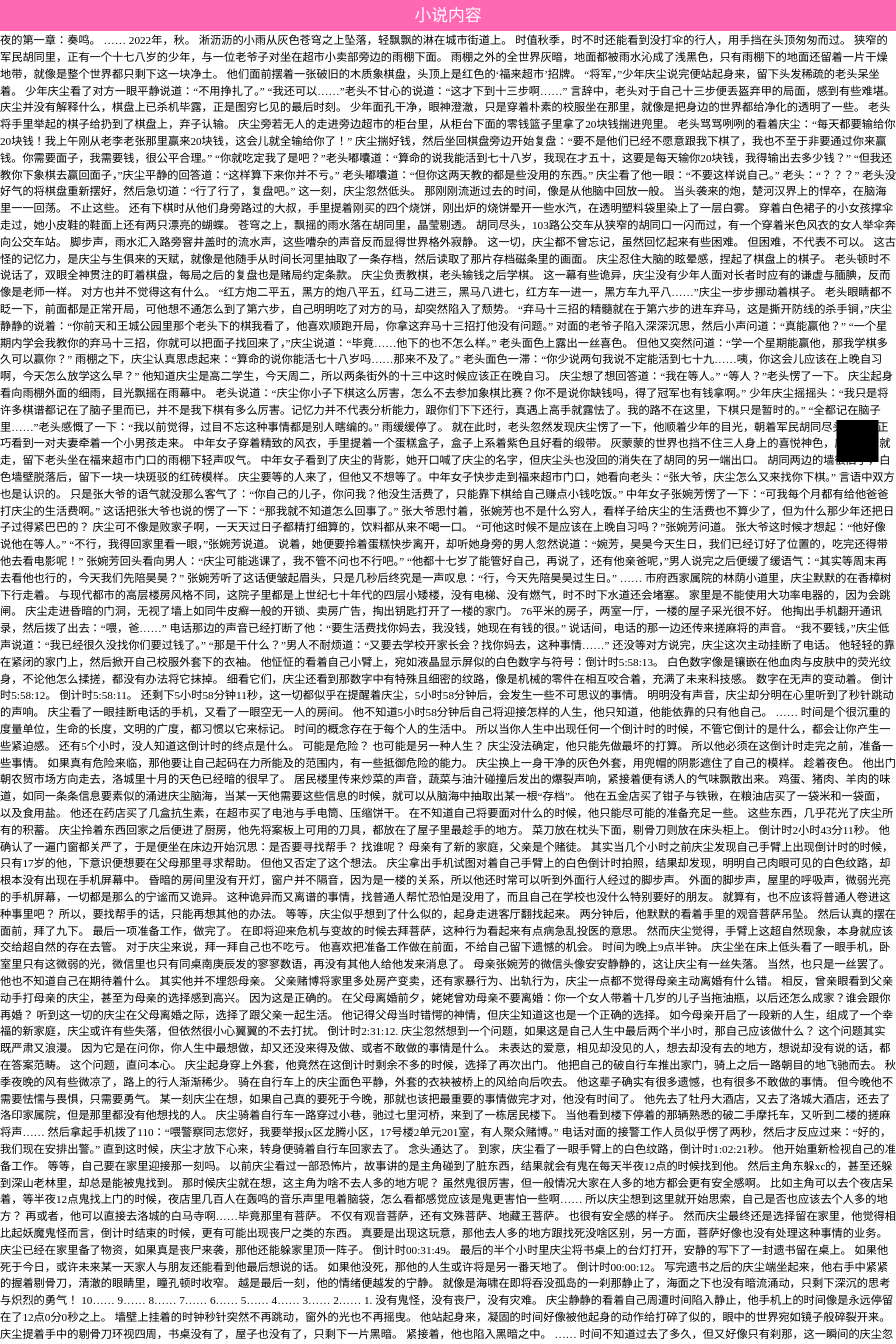
Repository: razzh7/javascript-demo
Page: 自动阅读插件/detail.html
An editor plug-in stored every save of this project. The page is shown before and after the next save, followed by the edit.
The browser window is 1280 px wide. The pictures show the part of the page from y = 0 to 1920 px (the page is 3596 px tall), at 70% of full size.

Above is the page before, as saved 2021-06-29 20:00:03.

### 自动阅读插件/detail.html
<!DOCTYPE html>
<html lang="en">
<head>
  <meta charset="UTF-8">
  <meta http-equiv="X-UA-Compatible" content="IE=edge">
  <meta name="viewport" content="width=device-width, initial-scale=1.0">
  <title>小说内容</title>
  <link rel="stylesheet" href="./css/common.css" />
  <link rel="stylesheet" href="./css/detail.css" />
</head>
<body>
  <div class="list-hd">
    <h2>小说内容</h2>
  </div>
  <div class="container">
    夜的第一章：奏鸣。

    ……

    2022年，秋。

    淅沥沥的小雨从灰色苍穹之上坠落，轻飘飘的淋在城市街道上。

    时值秋季，时不时还能看到没打伞的行人，用手挡在头顶匆匆而过。

    狭窄的军民胡同里，正有一个十七八岁的少年，与一位老爷子对坐在超市小卖部旁边的雨棚下面。

    雨棚之外的全世界灰暗，地面都被雨水沁成了浅黑色，只有雨棚下的地面还留着一片干燥地带，就像是整个世界都只剩下这一块净土。

    他们面前摆着一张破旧的木质象棋盘，头顶上是红色的‘福来超市’招牌。

    “将军，”少年庆尘说完便站起身来，留下头发稀疏的老头呆坐着。

    少年庆尘看了对方一眼平静说道：“不用挣扎了。”

    “我还可以……”老头不甘心的说道：“这才下到十三步啊……”

    言辞中，老头对于自己十三步便丢盔弃甲的局面，感到有些难堪。

    庆尘并没有解释什么，棋盘上已杀机毕露，正是图穷匕见的最后时刻。

    少年面孔干净，眼神澄澈，只是穿着朴素的校服坐在那里，就像是把身边的世界都给净化的透明了一些。

    老头将手里举起的棋子给扔到了棋盘上，弃子认输。

    庆尘旁若无人的走进旁边超市的柜台里，从柜台下面的零钱篮子里拿了20块钱揣进兜里。

    老头骂骂咧咧的看着庆尘：“每天都要输给你20块钱！我上午刚从老李老张那里赢来20块钱，这会儿就全输给你了！”

    庆尘揣好钱，然后坐回棋盘旁边开始复盘：“要不是他们已经不愿意跟我下棋了，我也不至于非要通过你来赢钱。你需要面子，我需要钱，很公平合理。”

    “你就吃定我了是吧？”老头嘟囔道：“算命的说我能活到七十八岁，我现在才五十，这要是每天输你20块钱，我得输出去多少钱？”

    “但我还教你下象棋去赢回面子，”庆尘平静的回答道：“这样算下来你并不亏。”

    老头嘟囔道：“但你这两天教的都是些没用的东西。”

    庆尘看了他一眼：“不要这样说自己。”

    老头：“？？？”

    老头没好气的将棋盘重新摆好，然后急切道：“行了行了，复盘吧。”

    这一刻，庆尘忽然低头。

    那刚刚流逝过去的时间，像是从他脑中回放一般。

    当头袭来的炮，楚河汉界上的悍卒，在脑海里一一回荡。

    不止这些。

    还有下棋时从他们身旁路过的大叔，手里提着刚买的四个烧饼，刚出炉的烧饼晕开一些水汽，在透明塑料袋里染上了一层白雾。

    穿着白色裙子的小女孩撑伞走过，她小皮鞋的鞋面上还有两只漂亮的蝴蝶。

    苍穹之上，飘摇的雨水落在胡同里，晶莹剔透。

    胡同尽头，103路公交车从狭窄的胡同口一闪而过，有一个穿着米色风衣的女人举伞奔向公交车站。

    脚步声，雨水汇入路旁窨井盖时的流水声，这些嘈杂的声音反而显得世界格外寂静。

    这一切，庆尘都不曾忘记，虽然回忆起来有些困难。

    但困难，不代表不可以。

    这古怪的记忆力，是庆尘与生俱来的天赋，就像是他随手从时间长河里抽取了一条存档，然后读取了那片存档磁条里的画面。

    庆尘忍住大脑的眩晕感，捏起了棋盘上的棋子。

    老头顿时不说话了，双眼全神贯注的盯着棋盘，每局之后的复盘也是赌局约定条款。

    庆尘负责教棋，老头输钱之后学棋。

    这一幕有些诡异，庆尘没有少年人面对长者时应有的谦虚与腼腆，反而像是老师一样。

    对方也并不觉得这有什么。

    “红方炮二平五，黑方的炮八平五，红马二进三，黑马八进七，红方车一进一，黑方车九平八……”庆尘一步步挪动着棋子。

    老头眼睛都不眨一下，前面都是正常开局，可他想不通怎么到了第六步，自己明明吃了对方的马，却突然陷入了颓势。

    “弃马十三招的精髓就在于第六步的进车弃马，这是撕开防线的杀手锏，”庆尘静静的说着：“你前天和王城公园里那个老头下的棋我看了，他喜欢顺跑开局，你拿这弃马十三招打他没有问题。”

    对面的老爷子陷入深深沉思，然后小声问道：“真能赢他？”

    “一个星期内学会我教你的弃马十三招，你就可以把面子找回来了，”庆尘说道：“毕竟……他下的也不怎么样。”

    老头面色上露出一丝喜色。

    但他又突然问道：“学一个星期能赢他，那我学棋多久可以赢你？”

    雨棚之下，庆尘认真思虑起来：“算命的说你能活七十八岁吗……那来不及了。”

    老头面色一滞：“你少说两句我说不定能活到七十九……咦，你这会儿应该在上晚自习啊，今天怎么放学这么早？”

    他知道庆尘是高二学生，今天周二，所以两条街外的十三中这时候应该正在晚自习。

    庆尘想了想回答道：“我在等人。”

    “等人？”老头愣了一下。

    庆尘起身看向雨棚外面的细雨，目光飘摇在雨幕中。

    老头说道：“庆尘你小子下棋这么厉害，怎么不去参加象棋比赛？你不是说你缺钱吗，得了冠军也有钱拿啊。”

    少年庆尘摇摇头：“我只是将许多棋谱都记在了脑子里而已，并不是我下棋有多么厉害。记忆力并不代表分析能力，跟你们下下还行，真遇上高手就露怯了。我的路不在这里，下棋只是暂时的。”

    “全都记在脑子里……”老头感慨了一下：“我以前觉得，过目不忘这种事情都是别人瞎编的。”

    雨缓缓停了。

    就在此时，老头忽然发现庆尘愣了一下，他顺着少年的目光，朝着军民胡同尽头看去，正巧看到一对夫妻牵着一个小男孩走来。

    中年女子穿着精致的风衣，手里提着一个蛋糕盒子，盒子上系着紫色且好看的缎带。

    灰蒙蒙的世界也挡不住三人身上的喜悦神色，庆尘转身就走，留下老头坐在福来超市门口的雨棚下轻声叹气。

    中年女子看到了庆尘的背影，她开口喊了庆尘的名字，但庆尘头也没回的消失在了胡同的另一端出口。

    胡同两边的墙很旧了，白色墙壁脱落后，留下一块一块斑驳的红砖模样。

    庆尘要等的人来了，但他又不想等了。中年女子快步走到福来超市门口，她看向老头：“张大爷，庆尘怎么又来找你下棋。”

    言语中双方也是认识的。

    只是张大爷的语气就没那么客气了：“你自己的儿子，你问我？他没生活费了，只能靠下棋给自己赚点小钱吃饭。”

    中年女子张婉芳愣了一下：“可我每个月都有给他爸爸打庆尘的生活费啊。”

    这话把张大爷也说的愣了一下：“那我就不知道怎么回事了。”

    张大爷思忖着，张婉芳也不是什么穷人，看样子给庆尘的生活费也不算少了，但为什么那少年还把日子过得紧巴巴的？

    庆尘可不像是败家子啊，一天天过日子都精打细算的，饮料都从来不喝一口。

    “可他这时候不是应该在上晚自习吗？”张婉芳问道。

    张大爷这时候才想起：“他好像说他在等人。”

    “不行，我得回家里看一眼，”张婉芳说道。

    说着，她便要拎着蛋糕快步离开，却听她身旁的男人忽然说道：“婉芳，昊昊今天生日，我们已经订好了位置的，吃完还得带他去看电影呢！”

    张婉芳回头看向男人：“庆尘可能逃课了，我不管不问也不行吧。”

    “他都十七岁了能管好自己，再说了，还有他亲爸呢，”男人说完之后便缓了缓语气：“其实等周末再去看他也行的，今天我们先陪昊昊？”

    张婉芳听了这话便皱起眉头，只是几秒后终究是一声叹息：“行，今天先陪昊昊过生日。”

    ……

    市府西家属院的林荫小道里，庆尘默默的在香樟树下行走着。

    与现代都市的高层楼房风格不同，这院子里都是上世纪七十年代的四层小矮楼，没有电梯、没有燃气，时不时下水道还会堵塞。

    家里是不能使用大功率电器的，因为会跳闸。

    庆尘走进昏暗的门洞，无视了墙上如同牛皮癣一般的开锁、卖房广告，掏出钥匙打开了一楼的家门。

    76平米的房子，两室一厅，一楼的屋子采光很不好。

    他掏出手机翻开通讯录，然后拨了出去：“喂，爸……”

    电话那边的声音已经打断了他：“要生活费找你妈去，我没钱，她现在有钱的很。”

    说话间，电话的那一边还传来搓麻将的声音。

    “我不要钱，”庆尘低声说道：“我已经很久没找你们要过钱了。”

    “那是干什么？”男人不耐烦道：“又要去学校开家长会？找你妈去，这种事情……”

    还没等对方说完，庆尘这次主动挂断了电话。

    他轻轻的靠在紧闭的家门上，然后掀开自己校服外套下的衣袖。

    他怔怔的看着自己小臂上，宛如液晶显示屏似的白色数字与符号：倒计时5:58:13。

    白色数字像是镶嵌在他血肉与皮肤中的荧光纹身，不论他怎么揉搓，都没有办法将它抹掉。

    细看它们，庆尘还看到那数字中有特殊且细密的纹路，像是机械的零件在相互咬合着，充满了未来科技感。

    数字在无声的变动着。

    倒计时5:58:12。

    倒计时5:58:11。

    还剩下5小时58分钟11秒，这一切都似乎在提醒着庆尘，5小时58分钟后，会发生一些不可思议的事情。

    明明没有声音，庆尘却分明在心里听到了秒针跳动的声响。

    庆尘看了一眼挂断电话的手机，又看了一眼空无一人的房间。

    他不知道5小时58分钟后自己将迎接怎样的人生，他只知道，他能依靠的只有他自己。

    ……

    时间是个很沉重的度量单位，生命的长度，文明的广度，都习惯以它来标记。

    时间的概念存在于每个人的生活中。

    所以当你人生中出现任何一个倒计时的时候，不管它倒计的是什么，都会让你产生一些紧迫感。

    还有5个小时，没人知道这倒计时的终点是什么。

    可能是危险？

    也可能是另一种人生？

    庆尘没法确定，他只能先做最坏的打算。

    所以他必须在这倒计时走完之前，准备一些事情。

    如果真有危险来临，那他要让自己起码在力所能及的范围内，有一些抵御危险的能力。

    庆尘换上一身干净的灰色外套，用兜帽的阴影遮住了自己的模样。

    趁着夜色。

    他出门朝农贸市场方向走去，洛城里十月的天色已经暗的很早了。

    居民楼里传来炒菜的声音，蔬菜与油汁碰撞后发出的爆裂声响，紧接着便有诱人的气味飘散出来。

    鸡蛋、猪肉、羊肉的味道，如同一条条信息要素似的涌进庆尘脑海，当某一天他需要这些信息的时候，就可以从脑海中抽取出某一根“存档”。

    他在五金店买了钳子与铁锹，在粮油店买了一袋米和一袋面，以及食用盐。

    他还在药店买了几盒抗生素，在超市买了电池与手电筒、压缩饼干。

    在不知道自己将要面对什么的时候，他只能尽可能的准备充足一些。

    这些东西，几乎花光了庆尘所有的积蓄。

    庆尘拎着东西回家之后便进了厨房，他先将案板上可用的刀具，都放在了屋子里最趁手的地方。

    菜刀放在枕头下面，剔骨刀则放在床头柜上。

    倒计时2小时43分11秒。

    他确认了一遍门窗都关严了，于是便坐在床边开始沉思：是否要寻找帮手？

    找谁呢？

    母亲有了新的家庭，父亲是个赌徒。

    其实当几个小时之前庆尘发现自己手臂上出现倒计时的时候，只有17岁的他，下意识便想要在父母那里寻求帮助。

    但他又否定了这个想法。

    庆尘拿出手机试图对着自己手臂上的白色倒计时拍照，结果却发现，明明自己肉眼可见的白色纹路，却根本没有出现在手机屏幕中。

    昏暗的房间里没有开灯，窗户并不隔音，因为是一楼的关系，所以他还时常可以听到外面行人经过的脚步声。

    外面的脚步声，屋里的呼吸声，微弱光亮的手机屏幕，一切都是那么的宁谧而又诡异。

    这种诡异而又离谱的事情，找普通人帮忙恐怕是没用了，而且自己在学校也没什么特别要好的朋友。

    就算有，也不应该将普通人卷进这种事里吧？

    所以，要找帮手的话，只能再想其他的办法。

    等等，庆尘似乎想到了什么似的，起身走进客厅翻找起来。

    两分钟后，他默默的看着手里的观音菩萨吊坠。

    然后认真的摆在面前，拜了九下。

    最后一项准备工作，做完了。  在即将迎来危机与变故的时候去拜菩萨，这种行为看起来有点病急乱投医的意思。

    然而庆尘觉得，手臂上这超自然现象，本身就应该交给超自然的存在去管。

    对于庆尘来说，拜一拜自己也不吃亏。

    他喜欢把准备工作做在前面，不给自己留下遗憾的机会。

    时间为晚上9点半钟。

    庆尘坐在床上低头看了一眼手机，卧室里只有这微弱的光，微信里也只有同桌南庚辰发的寥寥数语，再没有其他人给他发来消息了。

    母亲张婉芳的微信头像安安静静的，这让庆尘有一丝失落。

    当然，也只是一丝罢了。

    他也不知道自己在期待着什么。

    其实他并不埋怨母亲。

    父亲赌博将家里多处房产变卖，还有家暴行为、出轨行为，庆尘一点都不觉得母亲主动离婚有什么错。

    相反，曾亲眼看到父亲动手打母亲的庆尘，甚至为母亲的选择感到高兴。

    因为这是正确的。

    在父母离婚前夕，姥姥曾劝母亲不要离婚：你一个女人带着十几岁的儿子当拖油瓶，以后还怎么成家？谁会跟你再婚？

    听到这一切的庆尘在父母离婚之际，选择了跟父亲一起生活。

    他记得父母当时错愕的神情，但庆尘知道这也是一个正确的选择。

    如今母亲开启了一段新的人生，组成了一个幸福的新家庭，庆尘或许有些失落，但依然很小心翼翼的不去打扰。

    倒计时2:31:12.

    庆尘忽然想到一个问题，如果这是自己人生中最后两个半小时，那自己应该做什么？

    这个问题其实既严肃又浪漫。

    因为它是在问你，你人生中最想做，却又还没来得及做、或者不敢做的事情是什么。

    未表达的爱意，相见却没见的人，想去却没有去的地方，想说却没有说的话，都在答案范畴。

    这个问题，直问本心。

    庆尘起身穿上外套，他竟然在这倒计时剩余不多的时候，选择了再次出门。

    他把自己的破自行车推出家门，骑上之后一路朝目的地飞驰而去。

    秋季夜晚的风有些微凉了，路上的行人渐渐稀少。

    骑在自行车上的庆尘面色平静，外套的衣袂被桥上的风给向后吹去。

    他这辈子确实有很多遗憾，也有很多不敢做的事情。

    但今晚他不需要怯懦与畏惧，只需要勇气。

    某一刻庆尘在想，如果自己真的要死于今晚，那就也该把最重要的事情做完才对，他没有时间了。

    他先去了牡丹大酒店，又去了洛城大酒店，还去了洛印家属院，但是那里都没有他想找的人。

    庆尘骑着自行车一路穿过小巷，驰过七里河桥，来到了一栋居民楼下。

    当他看到楼下停着的那辆熟悉的破二手摩托车，又听到二楼的搓麻将声……

    然后拿起手机拨了110：“喂警察同志您好，我要举报jx区龙腾小区，17号楼2单元201室，有人聚众赌博。”

    电话对面的接警工作人员似乎愣了两秒，然后才反应过来：“好的，我们现在安排出警。”

    直到这时候，庆尘才放下心来，转身便骑着自行车回家去了。

    念头通达了。

    到家，庆尘看了一眼手臂上的白色纹路，倒计时1:02:21秒。

    他开始重新检视自己的准备工作。

    等等，自己要在家里迎接那一刻吗。

    以前庆尘看过一部恐怖片，故事讲的是主角碰到了脏东西，结果就会有鬼在每天半夜12点的时候找到他。

    然后主角东躲xc的，甚至还躲到深山老林里，却总是能被鬼找到。

    那时候庆尘就在想，这主角为啥不去人多的地方呢？

    虽然鬼很厉害，但一般情况大家在人多的地方都会更有安全感啊。

    比如主角可以去个夜店呆着，等半夜12点鬼找上门的时候，夜店里几百人在轰鸣的音乐声里甩着脑袋，怎么看都感觉应该是鬼更害怕一些啊……

    所以庆尘想到这里就开始思索，自己是否也应该去个人多的地方？

    再或者，他可以直接去洛城的白马寺啊……毕竟那里有菩萨。

    不仅有观音菩萨，还有文殊菩萨、地藏王菩萨。

    也很有安全感的样子。

    然而庆尘最终还是选择留在家里，他觉得相比起妖魔鬼怪而言，倒计时结束的时候，更有可能出现丧尸之类的东西。

    真要是出现这玩意，那他去人多的地方跟找死没啥区别，另一方面，菩萨好像也没有处理这种事情的业务。

    庆尘已经在家里备了物资，如果真是丧尸来袭，那他还能躲家里顶一阵子。

    倒计时00:31:49。

    最后的半个小时里庆尘将书桌上的台灯打开，安静的写下了一封遗书留在桌上。

    如果他死于今日，或许未来某一天家人与朋友还能看到他最后想说的话。

    如果他没死，那他的人生或许将是另一番天地了。

    倒计时00:00:12。

    写完遗书之后的庆尘端坐起来，他右手中紧紧的握着剔骨刀，清澈的眼睛里，瞳孔顿时收窄。

    越是最后一刻，他的情绪便越发的宁静。

    就像是海啸在即将吞没孤岛的一刹那静止了，海面之下也没有暗流涌动，只剩下深沉的思考与炽烈的勇气！

    10……

    9……

    8……

    7……

    6……

    5……

    4……

    3……

    2……

    1.

    没有鬼怪，没有丧尸，没有灾难。

    庆尘静静的看着自己周遭时间陷入静止，他手机上的时间像是永远停留在了12点0分0秒之上。

    墙壁上挂着的时钟秒针突然不再跳动，窗外的光也不再摇曳。

    他站起身来，凝固的时间好像被他起身的动作给打碎了似的，眼中的世界宛如镜子般碎裂开来。

    庆尘提着手中的剔骨刀环视四周，书桌没有了，屋子也没有了，只剩下一片黑暗。

    紧接着，他也陷入黑暗之中。

    ……

    时间不知道过去了多久，但又好像只有刹那，这一瞬间的庆尘忽然失去了时间的概念。

    黑暗里，世界的碎片开始重新拼凑，那不知道从何而来的碎片，刹那间组合成了一个焕然一新的世界。

    庆尘躺在一张狭窄的硬板床上，这里是完全陌生的环境，他从不曾来过。

    他先是看向自己的手掌，那里空无一物，原本握着的剔骨刀也早就消失不见。

    他再看向手臂，赫然发现手臂上的白色纹路已经改变。

    “回归倒计时48:00:00.”

    48小时，也就是2天，庆尘思忖着。
    穿越了吗？

    所以倒计时的尽头就是穿越到另一个时空，而回归倒计时是指，回去的时间。

    想到这里庆尘先松了口气，能回去就是好事。

    虽然那边也未必会有人惦记他，母亲有了新的生活，顾不上惦记他，父亲……应该在看守所呢。

    所以应该也顾不上惦记他。

    可是即便如此，自己还是想回去看看。

    而现在他所要做的事情，就是在这48小时里好好的活着。

    那么……现在是倒计时第一天。

    庆尘开始重新审视眼前的这个“新世界”。

    当世界重新拼凑起来的那一刻，庆尘看到自己身上的囚服，便瞬间明白了自己的处境。

    他身处一间灰色晦暗的屋中，除了一面充满了科技感的合金闸门外，其他地方是完全封闭的墙。

    90公分宽的门上有着一扇小窗户，但现在窗户是关闭的。

    囚室是单间，里面只有一张床，上面铺着一层薄薄的床单。

    旁边还有一个置物架子，架子上除了被子、牙刷、毛巾之外，空空如也。

    囚室墙壁是灰色的，可让庆尘不能理解的是，这灰色的墙壁在外面微光照亮下，分明在散发出金属的光泽。

    金属墙？

    庆尘坐起身子怔怔的抚摸墙壁，什么地方才会使用这种不计成本的建筑材料？

    很明显，这里不属于他曾经认知的那个世界了。

    他迅速低头看向自己手掌，这手掌上的指纹与曾经的他完全一致，就连手上的毛孔位置都半分不差。

    这就是他自己的身体。

    穿梭到这个世界之后，庆尘手里的剔骨刀不见了，自己身上原本的衣服也不见了，但身体确确实实是他自己的。

    指纹与毛孔位置做不了假。

    庆尘抱着膝盖坐在床上，他望着厚重的合金门，不知道在想些什么。

    慢慢的，门外开始嘈杂起来，甚至还有人用力拍打合金牢门的声音。

    庆尘慢慢走到门边，试图贴着门听听外面在吼叫什么，结果还没等他听清楚，合金门便发出了清晰的气压传动声，门开了。

    他看向门外，门外是一条回型走廊。

    这正方形的监狱堡垒里有七层，每一层都有着密密麻麻排列整齐的囚室。

    外面空旷而又硕大的监狱堡垒里，只有零星的灯光亮着，一扇扇打开的合金门里是昏暗的囚室，像是关着一头头野兽。

    庆尘站在门里，似乎他只要踏出这一步，就会走向一个不可知的人生。

    广阔的监狱里，不知何处的广播突然响起，里面是一个好听的女性声音：“早晨七点整，早餐时间，请所有服刑人员依次队列，前往餐厅就餐。”

    声音在监狱堡垒里回荡着，而庆尘依旧看着眼前的门槛。

    似乎只要他踏出去，一切都不一样了。

    其实他觉得自己从某一刻开始，就已经有所不同了。

    从什么时候开始的呢？

    大概是……当他以为生命只剩下最后两个半小时，于是就去做了自己最想做却以前不敢做的事情。

    自己连亲爹都举报了，还有什么不敢面对的。

    他踏出囚室。

    可下一刻他又愣住了。

    只见外面并不宽敞的走廊里，每个囚室门前都站着一名囚犯。

    庆尘的瞳孔骤然收缩：

    一位老头佝偻着背部朝他看来，只见对方有眼眶里，竟是一只泛着红色微光的机械眼睛，对方整个右眼眶都是机械构造，这金属部件一直延展到右侧的太阳穴位置。

    机械眼睛看起来并不精致，甚至还有些粗糙，但不知道为什么庆尘从这只盯着他的眼睛里，感受到了压迫感。

    似乎，对方正在解析他身上的细节。

    就像是他用记忆力解析别人一样。

    一位魁梧的中年囚犯，右手臂竟完全由机械组成，对方活动着手指，庆尘还能听到对方手掌开合时，机械零件转动的金属声。

    那粗壮的金属手臂，像是虬结的钢铁肌肉般，强硬而暴躁。

    这整个监狱要塞里，竟是有一半的人都拥有机械肢体。

    机械文明。

    庆尘脑中蹦出了这四个字。

    还没等他继续思考，却见隔壁囚室那魁梧的囚犯冲他笑了笑：“喂，新来的，早饭不要吃太多，不然吐出来的时候会很难看。”

    话音一落，走廊上传出了不少人的哄笑声：“听说昨天晚上新来了十二个人，今天可以娱乐娱乐。”

    “这小子身上一点机械肢体都没有，看样子在外面也没什么关系。”

    听到“新来的”三个字时，庆尘一愣，他还以为对方知道自己刚刚从地球穿越过来。

    但很快他就反应过来，这“新来的”应该是指他刚进监狱，对方应该是不知道自己地球人身份的。

    而且庆尘皱眉思索着，对方所谓的娱乐，对自己来说恐怕会是一场灾难。

    可问题是，自己该如何在这群机械“野兽”之中生存？

    他克制着自己内心的躁动与恐惧，一个普通高二学生面对突如其来的凶狠变故，庆尘唯一能做的就是先强迫自己不表露任何异样。

    因为他不知道，如果自己来自另一个世界的事情暴露了，会招来怎样的后果。

    忽然间，对面四楼走廊上有一名少年抓狂起来：“这是什么地方！我要回家！我不要呆在这种鬼地方，你们是什么人！？我是黄济先，我爸是洛城永利集团的董事长，你们离我远点！”

    说着，那少年竟是沿着走廊疯狂奔跑起来。

    其他人并没有动，就像是看热闹似的站在原地观望，依旧保持着准备前往食堂吃饭的队列。

    有人有些疑惑：“洛城是哪里？”

    骤然间，庆尘听到头顶有蜂鸣声传来，他抬头看去赫然发现高而深邃的天花板上，正有四架如同铁盒子般的无人机脱离了墙壁，开始向下坠落。

    庆尘目光停留在天花板上，合金材质的墙壁上，竟是整齐的“嵌着”十八台加特林一样的六管机枪炮台倒悬着。

    随着那慌乱少年的跑动，其中九台机枪的枪口也在转动！

    “请停止走动，”无人机上发出女性声音：“再次警告，请停止走动。”

    紧接着，监狱堡垒里响起女性声音的广播声：“请所有服刑人员原地待命。”

    仅仅十多秒的时间，四架无人机便将那少年死死的堵在走廊某处，每架无人机的正下方都有枪口指着他。

    与此同时，监狱堡垒下方也有闸口打开，9名举着不知名枪械的机器人正全速进场。

    少年恐惧无比的靠墙跌坐着，而庆尘则冷冷的注视着这一切。

    对方的行为有些过激，但是却帮助庆尘了解到许多信息。

    机枪、无人机、机器人、机械肢体，无数的信息一时间全部汇入他脑中。

    但令庆尘最诧异的其实是，他看着那少年的一切表现忽然意识到：自己可能并不是唯一一个从地球来到这里的人。

    不是第一个，应该也不是最后一个。 曾经庆尘也想过，会不会有其他人手臂上也出现倒计时？

    正是因为有这个猜测，他才会那么小心谨慎的坐地铁去很远的地方验证一些事情，以免日后被人寻线索找到。

    但是后来一系列变故接踵而至，让庆尘几乎遗忘了这个猜测。

    现在看来，他的猜测最终成了现实。

    从地球穿越到这个世界的人一定不少，光这监狱都有两个，就更不用提监狱以外的世界了。

    穿越者有多少人？几百？几千？

    他们又是因为什么穿越？

    庆尘无法确定。

    “这次来的新人有点意思啊，怕不是个傻子吧，”有人看着崩溃的那个少年嬉笑道：“我听说他是因为偷税漏税判了7年进来的？昨天被押进来的时候没哭，到现在才哭。”

    “这年头敢惹税务征收机构的人，不是傻子是什么……”

    庆尘朝声音来源处看去，正是一名装载了机械双腿的青年男子，对方见他看去，便挑起嘴角笑道：“喂，新来的，你做好准备了吗？”

    周围人群顿时哄笑起来，似乎都等着看好戏了。

    这个地方，明明如此科幻与先进，可是人类那恶的一面好像并没有什么改变。

    庆尘皱眉，却没有理会，他重新看向那个被无人机围起来的少年。

    恐怕只有他知道，对方昨天没哭、今天才哭的原因是：对方今天和自己一样，刚刚从地球那个“温室”穿越过来，有点接受不了这个现实。

    这不是猜测，而是他见过对方。

    庆尘今年17岁，在洛城外国语学校上高二。

    而这位崩溃的少年则是高一年级的。

    两人并没有过任何交集，只是庆尘过目不忘，只要看见过的就很难忘记。

    这倒是让庆尘有些诧异，难道穿越前所在位置相近，穿越后的位置也会距离很近吗？

    他没法确定。

    不过庆尘倒是发现了一件事情：这里的人全都在说普通话，竟是没有一个说方言的。

    此时此刻，机器警卫正沿着楼梯冲上去，每次踏步都能跨越五阶楼梯，并伴随着独特的液压传动声响。

    那名少年，已经哭的不成人样了。

    这座监狱堡垒里有一半人都装载了机械肢体，在这种钢铁猛兽环伺的地方遇到地球人，颇有种他乡遇故知的感觉。

    一般人在陌生的地方遇到“同乡”，都会升起一种莫名的安全感。

    可庆尘并没有这种感觉，他看着那个已经濒临崩溃的少年便意识到，“同乡”并不一定能帮到你，反而可能成为一种拖累。

    不是所有人在面对这初来乍到的机械文明，还能保持冷静。

    他现在要做的是先撑过这初来乍到的两天，然后回到地球去了解这一切到底是为什么。

    庆尘低调的默默观望着，不知道为什么，他此时此刻的心情反而更镇定了一些。

    直到这时，所有囚犯都还站在原地一动不动。

    他环顾监狱堡垒，刚刚从监区外闸门冲来的9名机器人，留下了3名在楼下的广场戒严，其余的则上楼将那名恐慌的少年带走。

    楼下广场很宽阔，感觉有一个足球场大小。

    开放式的广场又分成好几个区域：餐厅、健身器材娱乐区域、阅读区、影音区等等……

    这些区域之间并没有什么隔断，像是一个大型的自由活动场所，而这广场边缘，则分布着8个大型钢铁闸门。

    那些闸门之大，怕是可以允许装甲车直接通过。

    忽然间庆尘愣住了，他看到已经有三个人不知何时出现在楼下广场的餐桌旁了。

    一名看起来四十多岁的中年男人坐着，另外两名年轻人笑眯眯的守在他身旁，然后饶有兴致的抬头打量着楼上的囚犯们。

    中年男人面前放着一张象棋盘，棋盘上则是摆好了一副残局。

    最令人惊异的是，那餐桌上的棋盘旁，竟然还卧着一只揣着爪子打盹的猫，灰色，耳朵上有两丛尖尖的毛，看起来有点像猞猁，但又不是。

    缅因猫。

    监狱里还能养猫？！

    庆尘有些惊愕，他刚才的目光被“同乡”吸引，以至于他都没看到这三人一猫是什么时候来到广场的。

    此时，只见那中年男人专心致志的盯着棋盘，仿佛楼上发生的事情与他毫无关系一样。

    而且，最令庆尘诧异的是，就连广场上的那些机器人都当这三人一猫不存在似的。

    楼上的严肃紧张，与楼下的轻松从容，像是两个不同世界般的鲜明对比。

    这三人中，两个年轻人穿着正常的蓝白相间囚服，而中年男人却是穿了一身白色练功服。

    在这灰暗压抑的环境里，那抹白色出尘极了。

    庆尘暗自思忖，难道这是监狱长？

    不对，虽然对方穿着异于其他囚犯的练功服，可那练功服胸口还绣着小小的黑色服刑编号。

    这中年男人也是监狱的一名服刑人员，只不过是最特殊的那一个。

    仿佛感受到了他的目光，中年男人身旁的一名年轻人竟突然转头，笑意盈盈的回看着他了一眼。

    庆尘立刻收回了。

    待到那名崩溃的地球少年被带走后，监狱堡垒里再次响起了广播：“按队列依次前往餐厅就餐。”

    话音刚落，庆尘便看到所有囚犯向右转，然后排着长长的队形，沿着楼梯往广场前进。

    直到这时候庆尘才有机会统计所有囚犯人数：包括他，3102名。

    这监狱堡垒总共七层，每层囚犯组成一支队伍，由队伍最前方的囚犯带领着，井然有序的依次前往餐厅。

    在此期间没人插队，也没人脱离队伍，庆尘感觉这里所有人都像是在按照既定好的程序运转一样，一切都被人“约束”好了。

    这种秩序，直到每个人从机器人窗口打完饭菜才结束。

    似乎打完饭菜就可以自由活动了。

    庆尘他们住在第五层，所以轮到他们打饭的时候，前面第一层的人已经结束用餐了，只见两名身材魁梧的囚犯拉扯着一个年轻人，直接往距离餐厅最近的一楼囚室走去，还有不少人跟在旁边起哄。

    还有人交代着：“赶紧把他拉进囚室，不要在广场上弄伤他，小心机器狱警插手。”

    拉扯着年轻人的囚犯漫不经心的回应道：“放心，我不是杨杰那种蠢货。”

    与此同时，那年轻人奋力挣扎着、嘶吼着：“放开我！”

    可是就在他快要被拉进囚室的时候，年轻人的声音已经转为哀求：“求求你们饶了我吧！”

    然而不管他怎么说，都没有人理会他的请求，反而招来了更嘈杂的嘲笑声。

    突然间，他前方安装着机械眼睛的老头转身笑道：“别东张西望了，待会儿就轮到你了。”

    庆尘平静的看了他一眼，老头忽然感觉对面这少年的眼神好像有些不同，也不知道为什么，他竟然感觉内心里突然一紧。

    在窗口打完饭，队形就散乱了。

    庆尘发现身边三个人若有若无的朝自己靠近过来，像是要直接控制他！

    他顿时加快了步伐，而对方也同样加快了步伐，将他紧紧围在当中！

    下一刻，这监狱堡垒里的画面宛如在庆尘脑海中细细过了一遍似的。

    穹顶上18台钢铁野兽般的机枪安静待命，犹如沉睡的猛虎。

    72台无人机悬挂在灰色合金天花板的卡槽里，犹如沉眠的黄蜂。

    210台监控缓缓转动角度，广场内3台机器人持枪伫立。

    囚犯们一个接一个从窗口领取着饭菜，有人抱怨着今天又是难吃的合成肉。

    水池旁边有人在洗刷餐盘，还有人替别人洗刷餐盘。

    广场上随着越来越多的人就餐结束，开始变的热闹起来，大家来往穿梭着，有的去了健身区，有的则围观者新人仪式。

    但是，所有人都下意识避开了那位盯着棋盘的中年男人。

    男人依旧认真的看着棋盘，周围五米都无人靠近，就像是海平面上镇静且坚硬的礁石，所有汹涌海水与船只都必须退让。

    庆尘忽然间端着餐盘，加速从三人包围圈里穿过，朝中年男人方向走去。

    看着他前进的方向，很多人都忽然意识到这个新来的想要干嘛。

    渐渐的，越来越多人把目光转向他，并窃窃私语，一个个囚犯脸上的表情，都仿佛等着看他笑话。

    发现中年男人异常的监狱新人很多，想要依靠对方摆脱困境的监狱新人也很多，庆尘从来都不是唯一一个。

    但事实上所有人都失败了。

    只是，庆尘对那些戏谑声充耳不闻，继续旁若无人的手端餐盘，穿过人群。

    还没等他靠近，便被中年人身边的年轻人拦下了，对方笑着说道：“新来的，我知道你打的什么算盘，但我们不会帮你。”

    对方猜中了庆尘的想法，而庆尘则将目光投向年轻人身后。

    中年人对身旁发生的这一切都充耳不闻，好像什么都没听到似的。

    他认真的看着中年男人说道：“前兵进一，这残局我能解。”

    中年男人直到这时才抬起头来，然后广场上便突然安静了，猫也睁开了眼睛。

    ……

    感谢海魂衣成为本书白银大盟。
  </div>
  <a href="javascript:;" class="btn-top"></a>
  <a href="javascript:;" class="btn-play"></a>
  <script type="text/javascript" src="./js/utils.js"></script>
  <script type="text/javascript" src="./js/auto_read.js"></script>
  <script type="text/javascript">

  </script>
</body>
</html>

### 自动阅读插件/css/common.css
body {
  margin: 0;
}
div {
  box-sizing: border-box;
}
h1,
h2,
h3,
h4,
h5,
h6,p {
  margin: 0;
  font-weight: normal;
}
ul {
  margin: 0;
  padding: 0;
}
img {
  height: 100%;
}
a {
  text-decoration: none;
}
.list-hd {
  position: fixed;
  top: 0;
  left: 0;
  width: 100%;
  height: 44px;
  line-height: 44px;
  text-align: center;
  background-color: hotpink;
  color: #fff;
  z-index: 1;
}
.container {
  margin-top: 44px;
}

### 自动阅读插件/css/detail.css
.btn-top {
  position: fixed;
  bottom: 60px;
  right: 25px;
  width: 60px;
  height: 60px;
  background-color: #000;
}

### 自动阅读插件/js/utils.js
function getScrollOffset(){
  if(window.pageXOffset){
    return {
      left: window.pageXOffset,
      top: window.pageYOffset
    }
  }else{
    return {
      left: document.body.scrollLeft + document.documentElement.scrollLeft,
      top: document.body.scrollTop + document.documentElement.scrollTop
    }
  }
}
function addEvent(elem, type, fn){
  if(elem.addEventListener){
    elem.addEventListener(type, fn, false);
  }else if(elem.attachEvent){
    elem.attachEvent('on' + type, function(){
      fn.call(elem);
    })
  }else{
    elem['on' + type] = fn;
  }
}

### 自动阅读插件/js/auto_read.js
;(function(){
  var AutoRead = function(opt){

  }
  AutoRead.prototype = {

  }
  window.AutoRead = AutoRead;
})();

After the next save:
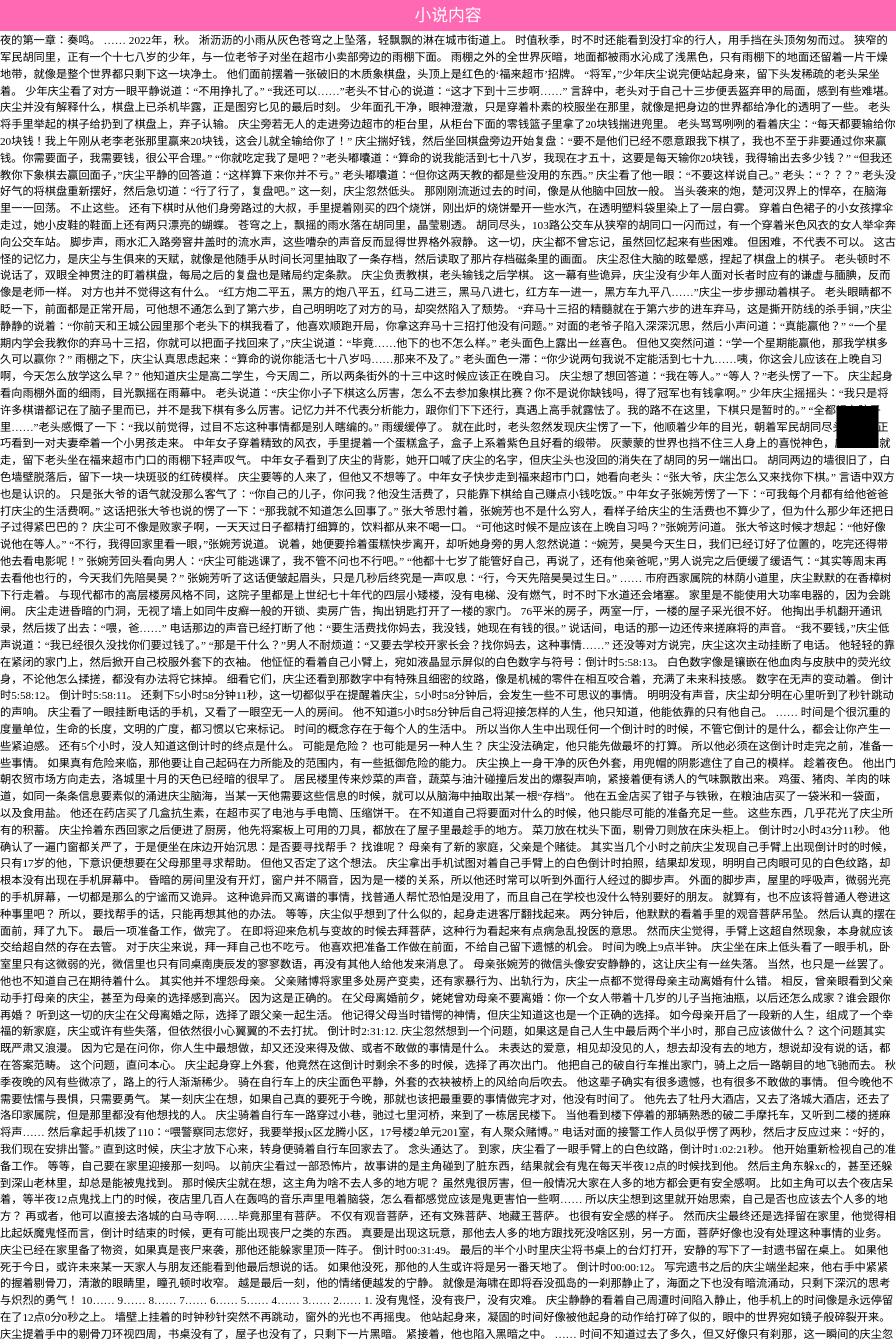
Saved 12 s later.
--- a/自动阅读插件/css/detail.css
+++ b/自动阅读插件/css/detail.css
@@ -1,6 +1,6 @@
 .btn-top {
   position: fixed;
-  bottom: 60px;
+  bottom: 80px;
   right: 25px;
   width: 60px;
   height: 60px;
